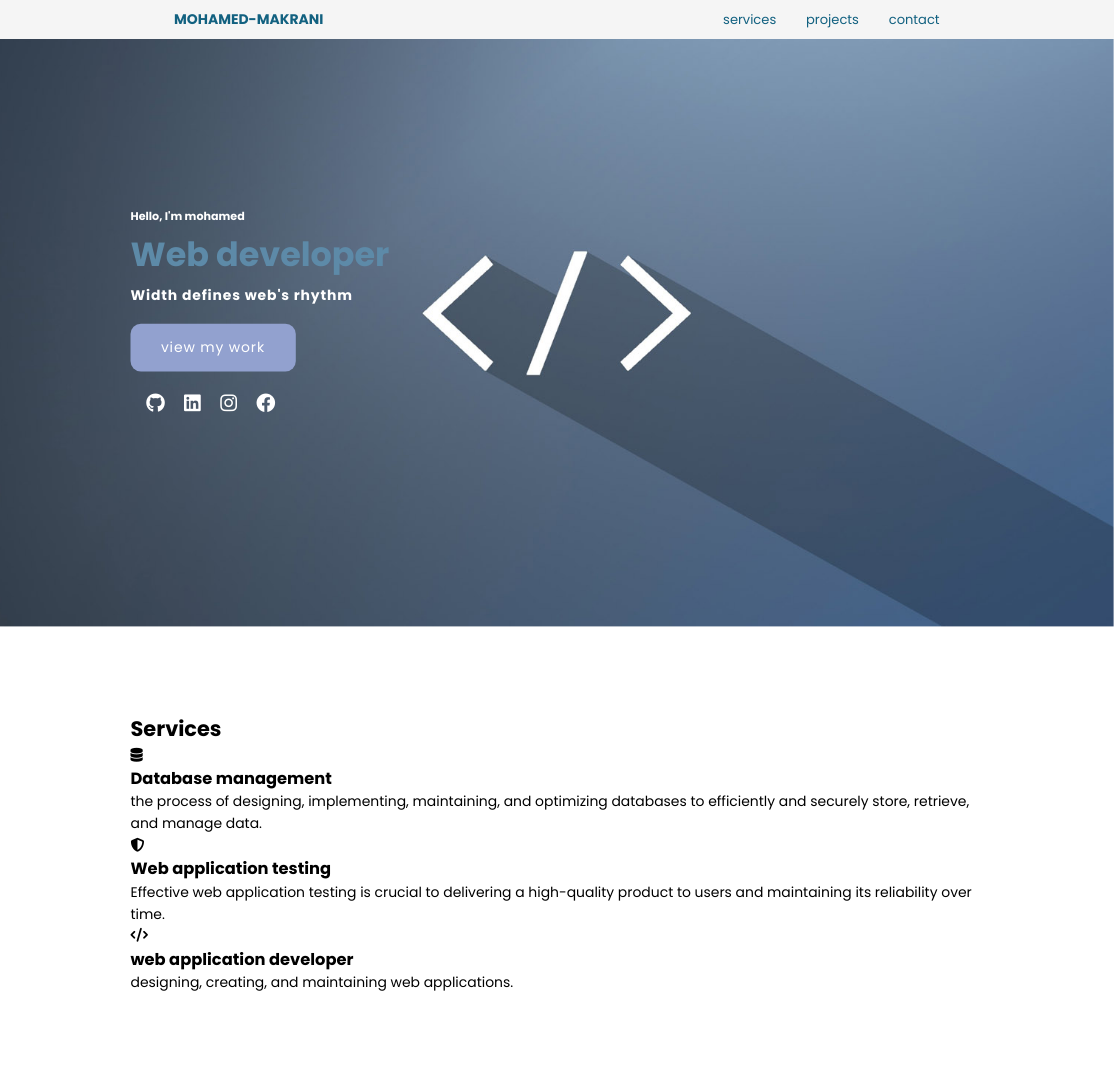
Repository: mohamed-makrani/Portfolio
Page: indixe.html
These files come from the project's save history. The page is drawn as it stood at one moment and after the next save; the edit follows.
The browser window is 1280 px wide. The pictures show the whole page, at 87% of full size.
Backgrounds fixed to the window are drawn as part of the page.

Above is the page before, as saved 2023-09-16 19:32:01.

After the next save:
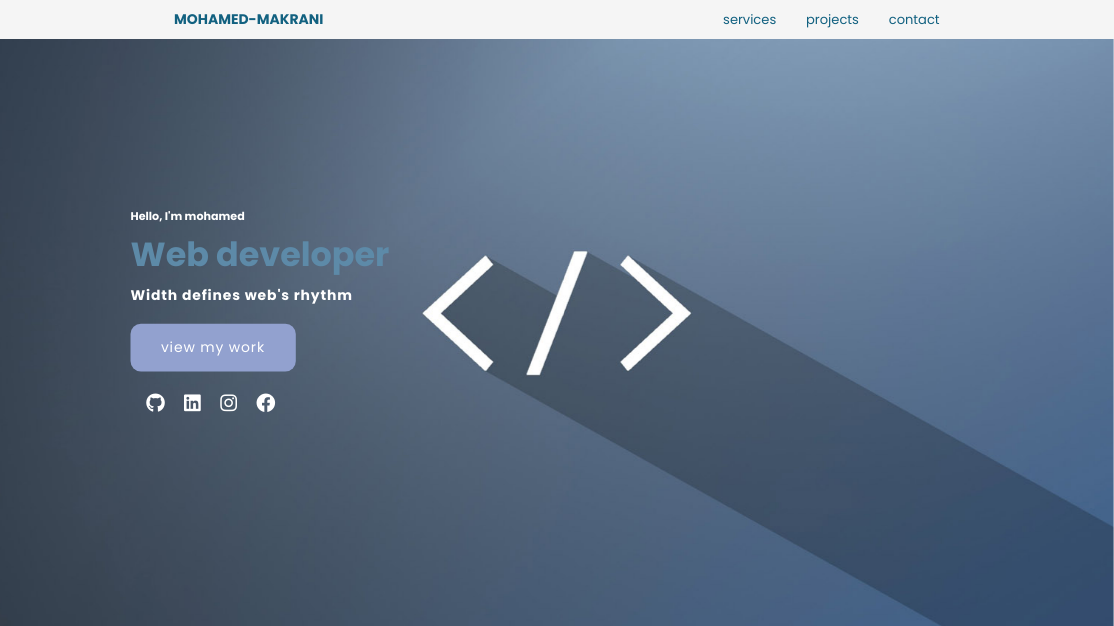
Saved 2 s later.
--- a/indixe.html
+++ b/indixe.html
@@ -31,51 +31,6 @@
         </div>
         </div>
     </section>
-    <section class="card" id="services" >
-        <h2 class="title">Services</h2>
-        <div class="content">
-            <div class="card">
-                <div class="icon"> <i class="fa-solid fa-database"></i></div>
-
-            </div>
-            <div class="info">
-                <h3>Database management</h3>
-                <p> the process of designing, implementing, maintaining, and optimizing databases to efficiently and securely store, retrieve, and manage data.</p>
-            </div>
-            <div class="card">
-                <div class="icon"><i class="fa-solid fa-shield-halved"></i></i></div>
-            </div>
-            <div class="info">
-                <h3>Web application testing</h3>
-                <p> Effective web application testing is crucial to delivering a high-quality product to users and maintaining its reliability over time.</p>
-            </div>
-            <div class="card">
-                <div class="icon"><i class="fa-solid fa-code"></i></div>
-            </div>
-            <div class="info">
-                <h3>web application developer</h3>
-                <p> designing, creating, and maintaining web applications.</p>
-            </div>
-
-
-
-
-        </div>
-
-
-
-
-
-
-
-
-
-
-
-
-    </section>
-
-
 
 
 

After the save that followed:
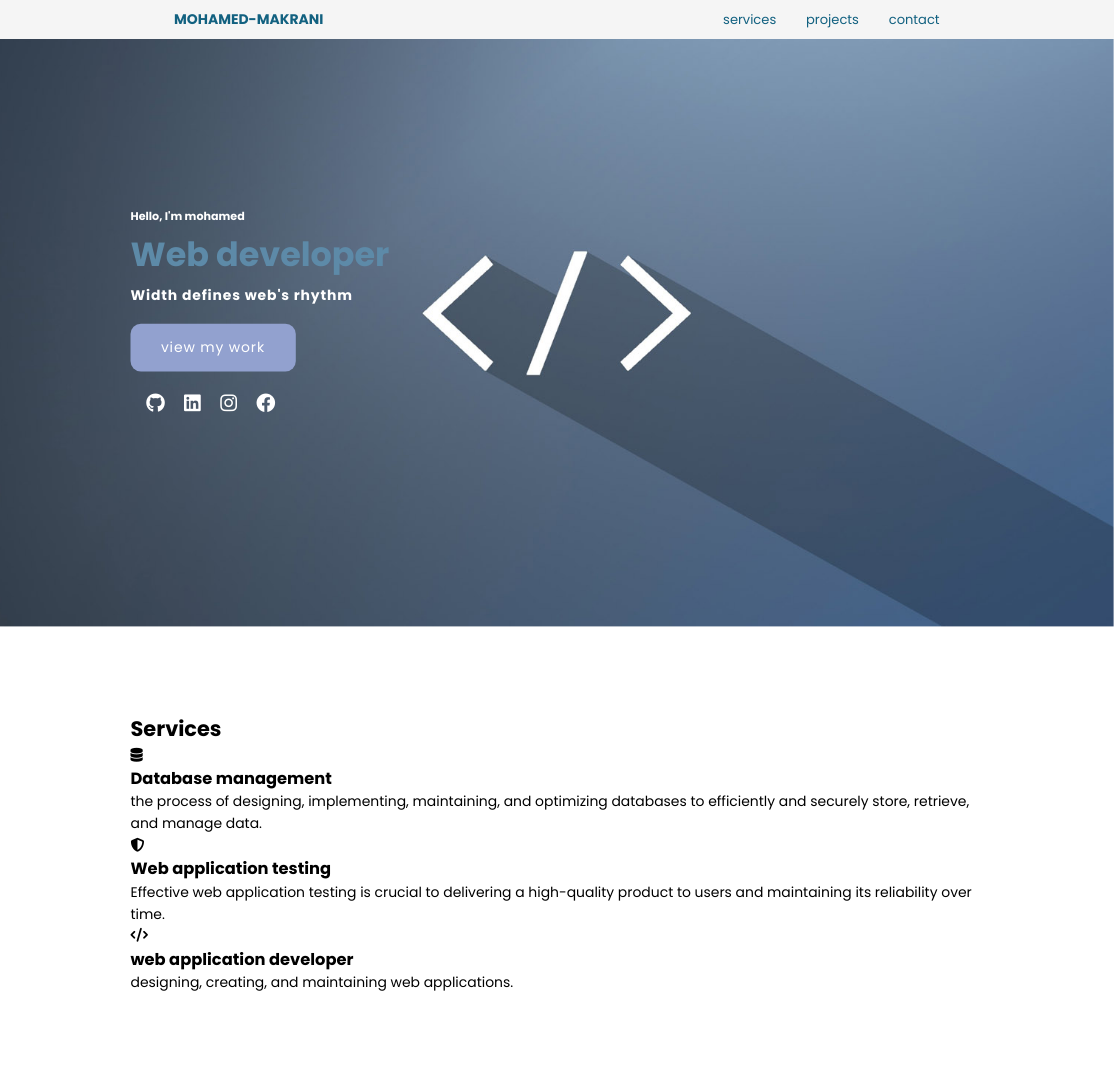
Saved 3 min 30 s later.
--- a/indixe.html
+++ b/indixe.html
@@ -31,6 +31,37 @@
         </div>
         </div>
     </section>
+    <section class="cards" id="services" >
+        <h2 class="title">Services</h2>
+        <div class="content">
+            <div class="card">
+                <div class="icon"> <i class="fa-solid fa-database"></i></div>
+
+            </div>
+            <div class="info">
+                <h3>Database management</h3>
+                <p> the process of designing, implementing, maintaining, and optimizing databases to efficiently and securely store, retrieve, and manage data.</p>
+            </div>
+            <div class="card">
+                <div class="icon"><i class="fa-solid fa-shield-halved"></i></i></div>
+            </div>
+            <div class="info">
+                <h3>Web application testing</h3>
+                <p> Effective web application testing is crucial to delivering a high-quality product to users and maintaining its reliability over time.</p>
+            </div>
+            <div class="card">
+                <div class="icon"><i class="fa-solid fa-code"></i></div>
+            </div>
+            <div class="info">
+                <h3>web application developer</h3>
+                <p> designing, creating, and maintaining web applications.</p>
+            </div>
+
+
+        </div>
+    </section>
+
+
 
 
 
